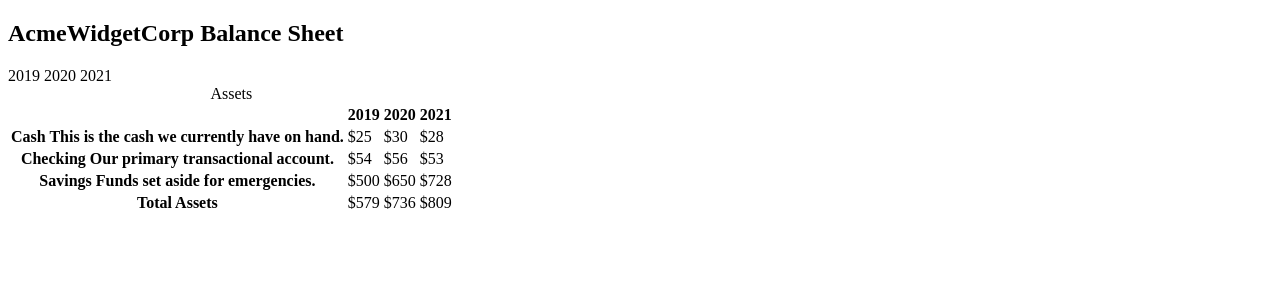
Repository: cipdanila/freeCodeCamp
Page: BalanceSheet/index.html
The author's editor kept a copy of each file at every save. The page is drawn from the files as they stood at one save, then again after the next save.
The browser window is 1280 px wide. The pictures show the whole page.

Above is the page before, as saved 2023-10-19 16:35:23.

### BalanceSheet/index.html
<!DOCTYPE html>
<html lang="en">
    <head>
        <meta charset="UTF-8" />
        <meta name="viewport" content="width=device-width, initial-scale=1.0" />
        <title>Balance Sheet</title>
        <link rel="stylesheet" href="./styles.css" />
    </head>
    <body>
        <main>
            <section>
                <h1>
                    <span class="flex">
                        <span>AcmeWidgetCorp</span>
                        <span>Balance Sheet</span>
                    </span>
                </h1>
                <div id="years" aria-hidden="true">
                    <span class="year">2019</span>
                    <span class="year">2020</span>
                    <span class="year">2021</span>
                </div>
                <div class="table-wrap">
                    <table>
                        <caption>
                            Assets
                        </caption>
                        <thead>
                            <tr>
                                <td></td>
                                <th><span class="sr-only year">2019</span></th>
                                <th><span class="sr-only year">2020</span></th>
                                <th class="current">
                                    <span class="sr-only year">2021</span>
                                </th>
                            </tr>
                        </thead>
                        <tbody>
                            <tr class="data">
                                <th>
                                    Cash
                                    <span class="description"
                                        >This is the cash we currently have on
                                        hand.</span
                                    >
                                </th>
                                <td>$25</td>
                                <td>$30</td>
                                <td class="current">$28</td>
                            </tr>
                            <tr class="data">
                                <th>
                                    Checking
                                    <span class="description"
                                        >Our primary transactional
                                        account.</span
                                    >
                                </th>
                                <td>$54</td>
                                <td>$56</td>
                                <td class="current">$53</td>
                            </tr>
                            <tr class="data">
                                <th>
                                    Savings
                                    <span class="description"
                                        >Funds set aside for emergencies.</span
                                    >
                                </th>
                                <td>$500</td>
                                <td>$650</td>
                                <td class="current">$728</td>
                            </tr>
                            <tr class="total">
                                <th>
                                    Total <span class="sr-only">Assets</span>
                                </th>
                                <td>$579</td>
                                <td>$736</td>
                                <td class="current">$809</td>
                            </tr>
                        </tbody>
                    </table>
                    <table></table>
                    <table></table>
                </div>
            </section>
        </main>
    </body>
</html>

Loaded but not shown: BalanceSheet/styles.css (empty)

After the next save:
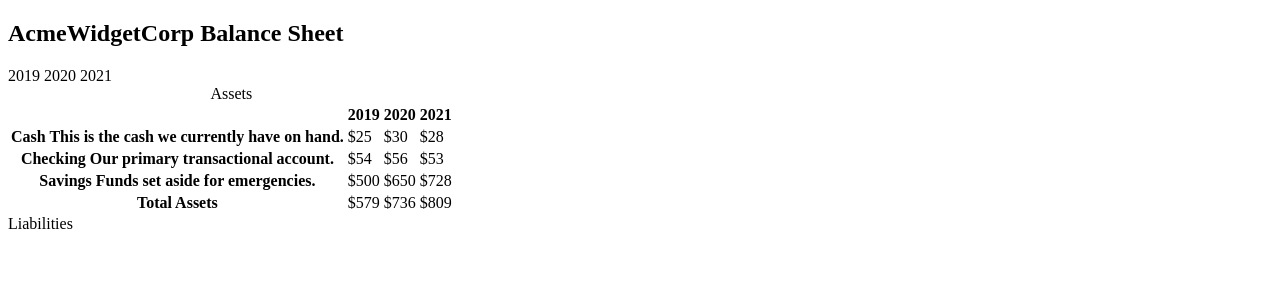
Saved 58 s later.
--- a/BalanceSheet/index.html
+++ b/BalanceSheet/index.html
@@ -81,7 +81,9 @@
                             </tr>
                         </tbody>
                     </table>
-                    <table></table>
+                    <table>
+                        <caption>Liabilities</caption>
+                    </table>
                     <table></table>
                 </div>
             </section>
